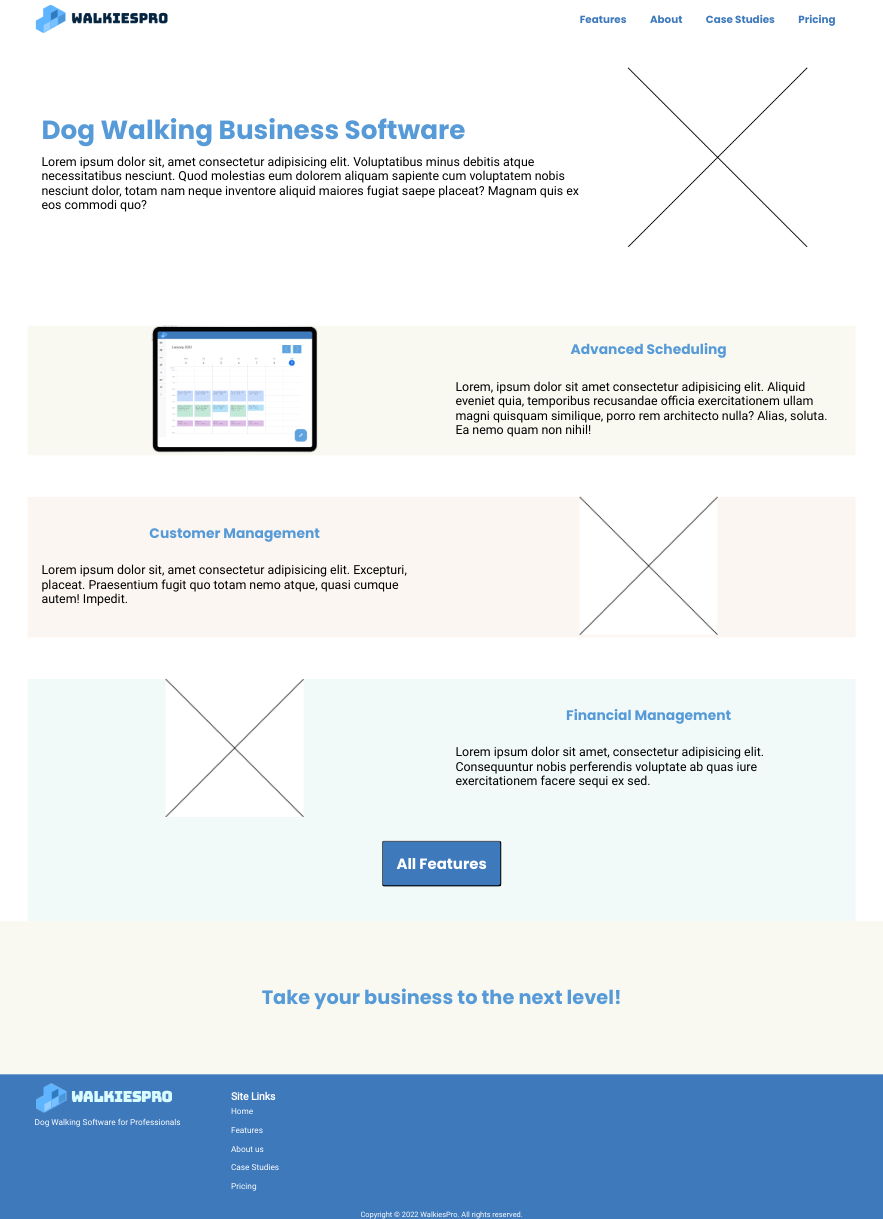
Repository: StevieC87/LAYOUT4
Page: index.html
The author's editor kept a copy of each file at every save. The page is drawn from the files as they stood at one save, then again after the next save.
The browser window is 1280 px wide. The pictures show the whole page, at 69% of full size.

Above is the page before, as saved 2022-01-09 21:45:45.
Console error: TypeError: Cannot read properties of null (reading 'addEventListener')

### index.html
<!DOCTYPE html>
<html lang="en">
  <head>
    <meta charset="UTF-8" />
    <meta http-equiv="X-UA-Compatible" content="IE=edge" />
    <meta name="viewport" content="width=device-width, initial-scale=1.0" />
    <title>WalkiesPro Dog Walking Software</title>
    <link rel="stylesheet" href="css/styles.css" />
    <link rel="stylesheet" href="css/footer.css" />
    <link rel="stylesheet" href="css/homepage.css" />
    <link rel="stylesheet" href="css/navbar.css" />
    <link rel="stylesheet" href="css/fonts.css" />
    <link rel="stylesheet" href="css/utilities.css" />
    <link rel="stylesheet" href="css/mediaqueries.css" />
    <link rel="stylesheet" href="css/aboutus.css" />
    <!-- THIS js file - deferred so loads at the end -->
    <script type="text/javascript" src="js/scripts.js" defer></script>

    <style></style>
  </head>
  <body>


    <div class="containernew">
      <div class="navwrapper">
        <!------------------ NAVBAR --------------------->
        <nav id="navbar" class="paddingspecial">
          <!--  <div class="paddingspecial"> -->
          <div id="logo" class="logodiv">
            <a href="index.html"><img src="images/logo.png" alt="logo" /></a>
          </div>
          <div id="hamburger-menu" class="hamburger-menu">
            <div class="line line-1"></div>
            <div class="line line-2"></div>
            <div class="line line-3"></div>
          </div>
          <div class="navlist">
            <ul tabindex="-1">
              <li><a class="current" href="features.html">Features</a></li>
              <li><a href="about-us.html">About</a></li>
              <li><a href="case-studies.html">Case Studies</a></li>
              <li><a href="pricing.html">Pricing</a></li>
            </ul>
          </div>
          <!-- </div> -->
        </nav>
      </div>
      <!------------------ SECTION1 --------------------->
      <section class="section1wrapper sectionwrapper">
        <div class="section1innerwrapper">
          <div class="section1text centerhorizvert" style="padding-left: 20px">
            <h1 class="fronth1">Dog Walking Business Software</h1>
            <span>
              Lorem ipsum dolor sit, amet consectetur adipisicing elit. Voluptatibus minus debitis atque necessitatibus
              nesciunt. Quod molestias eum dolorem aliquam sapiente cum voluptatem nobis nesciunt dolor, totam nam neque
              inventore aliquid maiores fugiat saepe placeat? Magnam quis ex eos commodi quo?
            </span>
          </div>
        <div class="section1img centerhorizvert">
          <img src="images/3.png" width="260px" alt="" />
        </div>
       </div> <!-- end of section1innerwrapper -->
      </section>
      <!------------------ SECTION2 --------------------->
      <section class="section2wrapper sectionwrapperFW">
        <div class="section2innerwrapper">
          <div class="section2divrow frontfeatures1">
            <div class="centerhorizvert section2imgleft1">
              <img src="images/tablet.png" width="240px" alt="" />
            </div>
            <div class="centerhorizvert section2textright1">
              <h5 class="centertext ">Advanced Scheduling</h5>
              <p class="section2txt">Lorem, ipsum dolor sit amet consectetur adipisicing elit. Aliquid eveniet quia, temporibus recusandae officia exercitationem ullam magni quisquam similique, porro rem architecto nulla? Alias, soluta. Ea nemo quam non nihil! </p>
            </div>
          </div>
          <div class="section2divrow frontfeatures2">
            <div class="centerhorizvert section2textleft2">
              <h5 class="centertext ">Customer Management</h5>
              <p class="section2txt"> Lorem ipsum dolor sit, amet consectetur adipisicing elit. Excepturi, placeat. Praesentium fugit quo totam
              nemo atque, quasi cumque autem! Impedit.</p>
            </div>
            <div class="centerhorizvert section2imgright2"><img src="images/3.png" width="200px" alt="" /></div>
          </div>
          <div class="section2divrow section2imgleft3 frontfeatures3">
            <div class="centerhorizvert"><img src="images/3.png" width="200px" alt="" /></div>
            <div class="centerhorizvert section2textleft3 ">
              <h5 class="centertext ">Financial Management</h5>
              <p class="section2txt"> Lorem ipsum dolor sit amet, consectetur adipisicing elit. Consequuntur nobis perferendis voluptate ab quas
              iure exercitationem facere sequi ex sed.</p>
            </div>
            <div class="allfeatures"><button class="btn  btnfill btnXL">All Features</button></div>
          </div>
         <!-- allfeaturesbtn2 -->
        </div> <!-- end of section2innerwrapper -->

      </section>


      <!------------------ QUOTE SECTION --------------------->
      <section class="quotewrapper sectionwrapperFW">
        <div>
         <h3 class="centertext">Take your business to the next level!</h3>
        </div>
      </section>
      <!------------------ FOOTER --------------------->
      <footer id="footer">
        <div class="footerwrapper">
          <div class="footergriditem1">
            <img class="bottomlogo" src="images/logoblue.png" alt="logo" />
            <span class="whitetext bottomphrase"
              >Dog Walking Software for Professionals</span
            >
          </div>

          <div class="footergriditem2">
            <div><b class="whitetext footerlinkstitle">Site Links</b></div>
            <ul class="whitetext ulnostyle anostyle" style="font-size: 12px">
              <li><a href="../layout/index.html">Home</a> </li>
              <li><a href="/features.html">Features</a> </li>
              <li><a href="/about-us.html">About us</a> </li>
              <li><a href="/case-studies.html">Case Studies</a></li>
              <li><a href="pricing.html">Pricing</a></li>
            </ul>
          </div>
          <div class="footergriditem3 whitetext smallfont">Copyright © 2022 WalkiesPro. All rights reserved.</div>
        </div>

      </footer>
    </div>
    <!-- end container -->

    <!------------------ SIDE MENU --------------------->
    <div id="menuhidden" class="menuhidden hiddenright">
      <div class="slidemenu">
        <ul tabindex="-1" aria-hidden="true">
          <li><a class="activeSidebarLi" href="index.html">Home</a></li>
          <li><a class="current" href="features.html">Features</a></li>
          <li><a href="about-us.html">About</a></li>
          <li><a href="case-studies.html">Case Studies</a></li>
          <li><a href="pricing.html">Pricing</a></li>
          <!--    <hr /> -->
        </ul>
      </div>
    </div>
  </body>
</html>

### css/styles.css
:root {
  /*  --myblue: #5da3df; */
  --myblue: #3e79bc;
  --myblueh1: #569ad7;
}

html,
body {
  box-sizing: border-box;
  font-size: 18px;
  font-family: Roboto;
  /*  font-family: PoppinsLight; */
  /*  line-height: 1rem; */
  margin: auto;
}
.containernew {
  /*  background: linear-gradient(90deg, #e3ffe7 0%, #ecedee 100%); */
  /*   background-color: #f9ffff;
  background: rgb(255, 255, 255);
  background: rgb(255, 255, 255);
  background: linear-gradient(
    360deg,
    rgba(255, 255, 255, 1) 0%,
    rgba(255, 255, 255, 1) 98%,
    rgba(240, 253, 255, 1) 100%,
    rgba(229, 252, 255, 1) 100%,
    rgba(83, 234, 255, 1) 100%
  ); */
}
*,
*:before,
*:after {
  box-sizing: inherit;
}

h1,
h2,
h3,
h4,
h5,
h6 {
  font-family: PoppinsBold;
  color: var(--myblueh1);
  /* #5da3df */
  padding: 10px 0 10px 0;
  margin: 0px;
}
h1 {
  font-size: 38px;
  line-height: 2.8rem;
}
h2 {
  font-size: 38px;
}
h3 {
  font-size: 28px;
}
h4 {
  font-size: 26px;
}
h5 {
  font-size: 20px;
}
h6 {
  font-size: 18px;
}

.containernew {
  width: 100%;
}

### css/footer.css
/* * * * * * * * * * * * * * * * * * * * * * * * * * * * * * * * * * * * * * * *
                    FOOTER
* * * * * * * * * * * * * * * * * * * * * * * * * * * * * * * * * * * * * * * */

footer {
  background-color: var(--myblue);
  width: 100%;
  display: flex;
  justify-content: center;
  padding-top: 10px;
}
/* DEFAULT FOR SMALL SCREEN - MOBILE FIRST */
.footerwrapper {
  /* this is the inner div that serves as a grid with equal columns as container */
  width: 1200px;
  display: grid;
  grid-template-columns: 1fr;
  grid-gap: 0.2rem;
}
/* DEFAULT FOR SMALL SCREEN - MOBILE FIRST */
.footergriditem1 {
  grid-row: 1 / 2;
  /* grid-column: 1 / 2; */
  grid-column: 1 / -1;
}
/* DEFAULT FOR SMALL SCREEN - MOBILE FIRST */
.footergriditem2 {
  /* grid-column: 2 / 3; */
  grid-column: 1 / -1;
  grid-row: 3 / 4;
  padding-left: 10px;
  justify-self: start;
  padding-top: 10px;
  padding-bottom: 10px;

  /*  justify-self: self-end; */
  /* padding: 20px 0 0 40px; */
}
.footergriditem2:first-child {
  margin: 10px 0 10px 0;
}
.footergriditem3 {
  grid-row: 4 / 5;
  grid-column: 1 / -1;
  justify-self: center;
  align-self: center;
}
.bottomlogo {
  padding: 0px 0 0px 10px;
}
.bottomphrase {
  padding-left: 10px;
  display: block;
  text-align: left;
  font-size: 12px;
}
.footerlinkstitle {
  font-size: 15px;
}

@media (min-width: 336px) {
}
@media (min-width: 450px) {
  .footerwrapper {
    grid-template-columns: 226px 200px 1fr 0.2fr 0.2fr 0.2fr;
  }
  .footergriditem1 {
    grid-row: 1 / 2;
    grid-column: 1 / 2;
  }
  .footergriditem2 {
    grid-row: 1 / 2;
    grid-column: 2 / 3;
    padding-left: 0px;
    justify-self: center;
    padding-top: 10px;
    padding-bottom: 10px;
  }
}

### css/homepage.css
/* * * * * * * * * * * * * * * * * * * * * * * * * * * * * * * * * * * * * * * *
                  SECTION1
* * * * * * * * * * * * * * * * * * * * * * * * * * * * * * * * * * * * * * * */
.sectionwrapperFW {
  padding: 40px 0px 0px 0px;
}
.section1wrapper {
  width: 100%;
  background-color: FFF;
  display: flex;
  justify-content: center;
  /*  */
}
.section1innerwrapper {
  max-width: 1200px;
  display: grid;
  grid-column: 1 / -1;
}

/* * * * * * * * * * * * * * * * * * * * * * * * * * * * * * * * * * * * * * * *
                      SECTION2
  * * * * * * * * * * * * * * * * * * * * * * * * * * * * * * * * * * * * * * * */

.section2divrow {
  display: grid;
  grid-column: 1 / -1;
  /*  grid-template-columns: 1fr 1fr; */
}
.section2wrapper {
  width: 100%;
  display: flex;
  justify-content: center;
}
.section2innerwrapper {
  max-width: 1200px;
}
.frontfeatures1 {
  background-color: #f9f9f2;
  margin-bottom: 60px;
  margin-top: 30px;
}
.frontfeatures2 {
  background-color: #fcf6f2;
  margin-bottom: 60px;
}
.frontfeatures3 {
  background-color: #f1faf9;
  /*   margin-bottom: 10px; */
  padding-bottom: 50px;
}

.section2txt {
  padding: 0 20px 0 20px;
}
/* ---------------------- */
.allfeatures {
  text-align: Center;
  padding-top: 30px;
  grid-column: 1 / -1;
}
.quotesection {
  background-color: FFF;
  grid-area: quotesection;
  display: grid;
  grid-column: 1 / -1;
}

### css/navbar.css
/* * * * * * * * * * * * * * * * * * * * * * * * * * * * * * * * * * * * * * * *
                          NAVBAR
* * * * * * * * * * * * * * * * * * * * * * * * * * * * * * * * * * * * * * * */
.navwrapper {
  display: flex;
  justify-content: center;
}
nav {
  background-color: white;
  width: 1200px;
  display: flex;
  justify-content: space-between;
}

.logodiv {
  padding-top: 5px;
  padding-left: 10px;
}
#navbar ul {
  list-style: none;
  margin-right: 15px;
  /*   float: right; */
}

#navbar ul li {
  float: left;
}

#navbar ul li a {
  display: block;
  margin: 0 14px 0 20px;
  /* padding: 0 20px 0 10px; */
  text-align: center;
  text-decoration: none;
  color: var(--myblue);
  /*  color: black; */
  font-family: 'PoppinsBold';
  font-size: 15px;
  /*  border-bottom: 1px solid transparent; */

  line-height: 21px;
}
#navbar ul li a:hover {
  /*  text-decoration: underline; */
  /*  border-bottom: 1px solid var(--myblue); */
  color: #9370db;
}

/* * * * * * * * * * * * * * * * * * * * * * * * * * * * * * * * * * * * * * * *
HAMBURGER MENU
* * * * * * * * * * * * * * * * * * * * * * * * * * * * * * * * * * * * * * * */

.hamburger-menu {
  width: 30px;
  height: 30px;
  padding-top: 7px;
  position: absolute;
  top: 7px;
  right: 10px;
  display: flex;
  flex-direction: column;
  justify-content: space-between;
  cursor: pointer;
  z-index: 100;
}

.line {
  width: inherit;
  height: 3px;
  background-color: var(--myblue);
  border-radius: 2px;
  transition-property: transform;
  transition-duration: 500ms;

  /*   transform-origin: right;
  transition: transform 0.5s; */
}

.line.openline:nth-child(1) {
  transform: translate(0px, 10px) rotate(45deg);
  /*  transform-origin: top; */
}
.line.openline:nth-child(2) {
  opacity: 0;
}
.line.openline:nth-child(3) {
  transform: translate(0px, -10px) rotate(-45deg);

  /*   transform-origin: top; */
}

.menuhidden {
  height: 100vh;
  width: 200px;
  background-color: white;
  position: fixed;
  top: 0;
  right: -200px;
  transition: ease 0.2s;
}

.visibleright {
  right: 0px;
  /*   transition: ease 4s; */
}
/* --------- SLIDEMENU ---------- */
.slidemenu ul {
  list-style: none;
  padding-top: 45px;
  padding-left: 0px;
  width: 100%;
  /*   float: right; */
}
.slidemenu ul li {
}
.slidemenu ul li a {
  display: block;
  padding: 10px 5px 10px 5px;
  margin: 0px 5px 0px 5px;
  text-align: center;
  text-decoration: none;
  line-height: 1.5rem;
  color: var(--myblue);
}
.slidemenu ul li a:hover {
  background-color: #fbfbfa;
  border-radius: 15px;
  /* opacity: 0.5; */
}
.activeSidebarLi {
  background-color: #fbfbfa;
  border-radius: 15px;
}
/* END SLIDEMENU */

### css/fonts.css
/* * * * * * * * * * * * * * * * * * * * * * * * * * * * * * * * * * * * * * * *
        FONT FAMILIESS
* * * * * * * * * * * * * * * * * * * * * * * * * * * * * * * * * * * * * * * */
@font-face {
  font-family: 'Bungee';
  src: url('../fonts/Bungee-Regular.ttf');
  src: local('☺'), url('../fonts/Bungee-Regular.ttf') format('truetype');
  font-display: block;
}
@font-face {
  font-family: 'Roboto';
  src: url('../fonts/Roboto-Regular.ttf');
  src: local('☺'), url('../fonts/Roboto-Regular.ttf') format('truetype');
  font-display: block;
}
@font-face {
  font-family: 'Roboto-Bold';
  src: url('../fonts/Roboto-Bold.ttf');
  src: local('☺'), url('../fonts/Roboto-Bold.ttf') format('truetype');
  font-display: block;
}
@font-face {
  font-family: 'Ubuntu';
  src: url('../fonts/Ubuntu-Regular.ttf');
  src: local('☺'), url('../fonts/Ubuntu-Regular.ttf') format('truetype');
  font-display: block;
}
@font-face {
  font-family: 'UbuntuBold';
  src: url('../fonts/Ubuntu-Bold.ttf');
  src: local('☺'), url('../fonts/Ubuntu-Bold.ttf') format('truetype');
  font-display: block;
}
@font-face {
  font-family: 'Poppins';
  src: url('../fonts/Poppins-Regular.ttf');
  src: local('☺'), url('../fonts/Poppins-Regular.ttf') format('truetype');
  font-display: block;
}
@font-face {
  font-family: 'PoppinsBold';
  src: url('../fonts/Poppins-Bold.ttf');
  src: local('☺'), url('../fonts/Poppins-Bold.ttf') format('truetype');
  font-display: block;
}
@font-face {
  font-family: 'PoppinsLight';
  src: url('../fonts/Poppins-Light.ttf');
  src: local('☺'), url('../fonts/Poppins-Light.ttf') format('truetype');
  font-display: block;
}
@font-face {
  font-family: 'PoppinsBlack';
  src: url('../fonts/Poppins-Black.ttf');
  src: local('☺'), url('../fonts/Poppins-Black.ttf') format('truetype');
  font-display: block;
}
@font-face {
  font-family: 'PoppinsMedium';
  src: url('../fonts/Poppins-Medium.ttf');
  src: local('☺'), url('../fonts/Poppins-Medium.ttf') format('truetype');
  font-display: block;
}
@font-face {
  font-family: 'PoppinsExtraLight';
  src: url('../fonts/Poppins-ExtraLight.ttf');
  src: local('☺'), url('../fonts/Poppins-ExtraLight.ttf') format('truetype');
  font-display: block;
}

@font-face {
  font-family: 'FontAwesome';
  src: url('../fonts/fa-solid-900.ttf');
  src: local('☺'), url('../fonts/fa-solid-900.ttf') format('truetype');
  font-display: block;
}
.bungee {
  font-family: Bungee;
}
.ubuntu {
  font-family: Ubuntu;
}
.ubuntuBold {
  font-family: UbuntuBold;
}
.poppins {
  font-family: Poppins;
}
.poppinslight {
  font-family: PoppinsLight;
}
.poppinsbold {
  font-family: PoppinsBold;
}

### css/utilities.css
.btn {
  cursor: pointer;
  transition-property: background-color, color, border;
  transition-duration: 200ms;
  transition-timing-function: ease-in;
}

.btnoutline {
  background-color: transparent;
  border: 1px solid var(--myblue);
  border-radius: 5px;
  color: var(--myblue);
  padding: 10px;
  font-size: 0.8rem;
  /*  font-weight: bold */
  font-family: PoppinsBold;
}
.btnfill {
  background-color: var(--myblue);
  /* border: 1px solid ; */
  border-radius: 5px;
  color: white;
  /*  color: var(--myblue); */
  font-family: PoppinsBold;
}
.btnMedium {
  padding: 10px;
  font-size: 0.8rem;
}
.btnXL {
  padding: 15px 20px 15px 20px;
  font-size: 1.2rem;
}

.allfeaturesbtn {
  padding: 15px 20px 15px 20px;
  border-radius: 10px;
  border: 1px solid var(--myblue);
  /*   background-color: var(--myblue); */
  background-color: WHITE;
  /* color: white; */
  color: var(--myblue);
  font-weight: bold;
  font-size: 1.2rem;
}
.allfeaturesbtn:hover {
  background-color: var(--myblue);
  color: white;
}
.submit {
  /*  margin-top: 20px; */
  padding: 8px 6px 8px 6px;
  border-radius: 6px;
  width: 100px;
  background-color: var(--myblue);
  border: 1px solid var(--myblue);
  color: #f9f9f2;
  font-size: 1.2rem;
  font-family: PoppinsBold;
  /*  font-weight: bold; */
}
.submit:active {
  transform: translateY(1px);
  /*  background-color: #821a4e; */
}

.submit:hover {
  background-color: var(--myblue);
  color: white;
}

.sectionwrapper {
  padding: 40px 20px 40px 20px;
}

/* section {
  padding: 40px 10px 40px 10px !important;
  /*  margin: 20px 10px 20px 10px;
} */

/* * * * * * * * * * * * * * * * * * * * * * * * * * * * * * * * * * * * * * * *
UTILITY CLASSES
* * * * * * * * * * * * * * * * * * * * * * * * * * * * * * * * * * * * * * * */

.centertext {
  text-align: center;
}
.centerimg {
  display: block;
  margin-left: auto;
  margin-right: auto;
  /*   width: 50%; */
}
.centerhorizvert {
  align-self: center;
  justify-self: center;
}
/* visible/invis from screen readers & visually */
.invisible {
  visibility: hidden;
}
.visible {
  visibility: visible;
}
.whitetext {
  color: white;
}
.smallfont {
  font-size: 0.6rem;
}
.mediumfont {
  font-size: 0.8rem;
}
.ulnostyle {
  list-style: none;
  line-height: 1.5rem;
  padding: 0;
  margin: 0;
}
.anostyle > li a {
  text-decoration: none;
  color: white;
}

### css/mediaqueries.css
/* to switch to hamburger menu */
@media (min-width: 677px) {
  .hamburger-menu {
    visibility: hidden;
  }
  .section2divrow {
    grid-template-columns: 1fr 1fr;
  }
  .section1innerwrapper {
    grid-template-columns: 2fr 1fr;
  }
}
@media (max-width: 676px) {
  /* HIDE NAV LI WHEN SMALL SCREEN */
  nav {
    width: 1200px;
  }

  .navlist {
    visibility: hidden;
    display: none;
  }
  .hamburger-menu {
    visibility: visible;
  }

  /* ADVANCED SCHEDULING DIV - flip order: image last */
  .section2imgleft1 {
    grid-row: 2;
  }
  .section2textright1 {
    grid-row: 1;
  }
  /* FINANCIAL MANAGEMENT DIV - flip order: image last */
  .section2imgleft3 {
    grid-row: 2;
  }
  .section2textleft3 {
    grid-row: 1;
  }
}

### css/aboutus.css
/* * * * * * * * * * * * * * * * * * * * * * * * * * * * * * * * * * * * * * * *
ABOUT US
* * * * * * * * * * * * * * * * * * * * * * * * * * * * * * * * * * * * * * * */
.headerwrapper {
  width: 100%;
  display: grid;
  padding: 40px 0 40px 0;
}
.headertitle {
  grid-template-columns: 1fr;
  align-self: center;
  justify-self: center;
}

.headertextunder {
  /* max-width: 80%;  */
  max-width: 800px;
  grid-template-columns: 1fr;
  align-self: center;
  justify-self: center;
  font-size: 1rem;
  padding-top: 30px;
}
.meettheteamwrapper {
  width: 100%;
  display: grid;
  justify-content: center;
  background-color: #f6f7fe;
  /*   padding-bottom: 50px; */
}
.meettheteamh2 {
  /* padding-top: 40px; */
  text-align: center;
  /*  color: purple; */
  color: var(--myblueh1);
  /* color: #7f55ff; */
  width: 100%;
}
.meettheteamh2 > h2 {
  color: inherit;
}
.meetteamprofiles {
  max-width: 1000px;
  justify-content: center;
  display: grid;
  grid-template-columns: 1fr;
  grid-gap: 10px;
}
.contactuswrapper {
  padding: 80px 0 80px 0;
  background-color: #f9f9f2;
}

.quotewrapper {
  padding: 80px 0 80px 0;
  background-color: #f9f9f2;
}

.aboutusformgrid {
  max-width: 600px;
  margin: 0 auto;
  padding: 0 20px 0px 20px;
  border: 1px solid blue;
}
.aboutusformgrid2 {
  max-width: 800px;
  margin: 0 auto;
  padding: 0 20px 0px 20px;
  /* border: 1px solid blue; */
  display: grid;
  grid-template-columns: 1fr;
  grid-gap: 20px;
}
.yournamediv {
  grid-row: 1 / 2;
  grid-column: 1/-1;
}
.emaildiv {
  grid-row: 2 / 3;
  grid-column: 1/-1;
}
.textareadiv2 {
  grid-row: 3 / 4;
  grid-column: 1/-1;
}
.buttondiv {
  grid-row: 5 / 6;
  grid-column: 1/-1;
  width: 102px;
  justify-self: end;
}
/* textarea {
  width: 100%;
  max-width: 300px;
  border-radius: 5px;
  border: 1px solid var(--myblue);
} */
.textareadiv2 > textarea {
  width: 100%;
  /*  max-width: 300px; */
  border-radius: 5px;
  border: 1px solid var(--myblue);
}

.centerbtngrid {
  grid-column: 1/-1;
  justify-self: end;
}
input,
label {
  display: block;
  width: 100%;
  /*   max-width: 300px; */
}
input {
  border-radius: 5px;
  border: 1px solid var(--myblue);
  padding: 10px;
}
/* e.maildiv > input {
  margin-lkef: 40px;
} */
/* .yournamediv > input:nth-child(2) {
  margin-left: 10px;
} */
label {
  padding-bottom: 5px;
  padding-top: 0px;
  color: var(--myblue);
}

@media (max-width: 600px) {
  .aboutusformgrid2 {
    max-width: 400px;
  }
}
@media (min-width: 600px) {
  .aboutusformgrid2 {
    grid-template-columns: 1fr 1fr;
  }
  .yournamediv {
    grid-row: 1 / 2;
    grid-column: 1 / 2;
  }
  .emaildiv {
    grid-row: 1 / 2;
    grid-column: 2/3;
  }
  .textareadiv2 {
    grid-row: 2 / 3;
    grid-column: 1/-1;
  }
  .buttondiv {
    grid-row: 3 / 4;
    /*  grid-column: 1/-1; */
  }
}
@media (min-width: 850px) {
  .meetteamprofiles {
    grid-template-columns: 1fr 1fr;
    grid-gap: 40px;
  }
  .meettheteamprofile {
    justify-self: center;
    align-self: center;
  }
}
.meettheteamprofile {
  justify-self: center;
  align-self: center;
  display: grid;
  grid-template-columns: 1fr;
  justify-content: center;
  width: 100%;
}

.meetTeamTrofileTitle {
  grid-row: 1 / 2;
}
.meetTeamTrofileTitle > h3 {
  font-family: Roboto;
}
.imageprofile {
  grid-row: 2 / 4;
}
.profiletext {
  grid-row: 5 / 7;
  max-width: 500px;
}

Loaded but not shown: js/scripts.js (43 lines, source omitted)

After the next save:
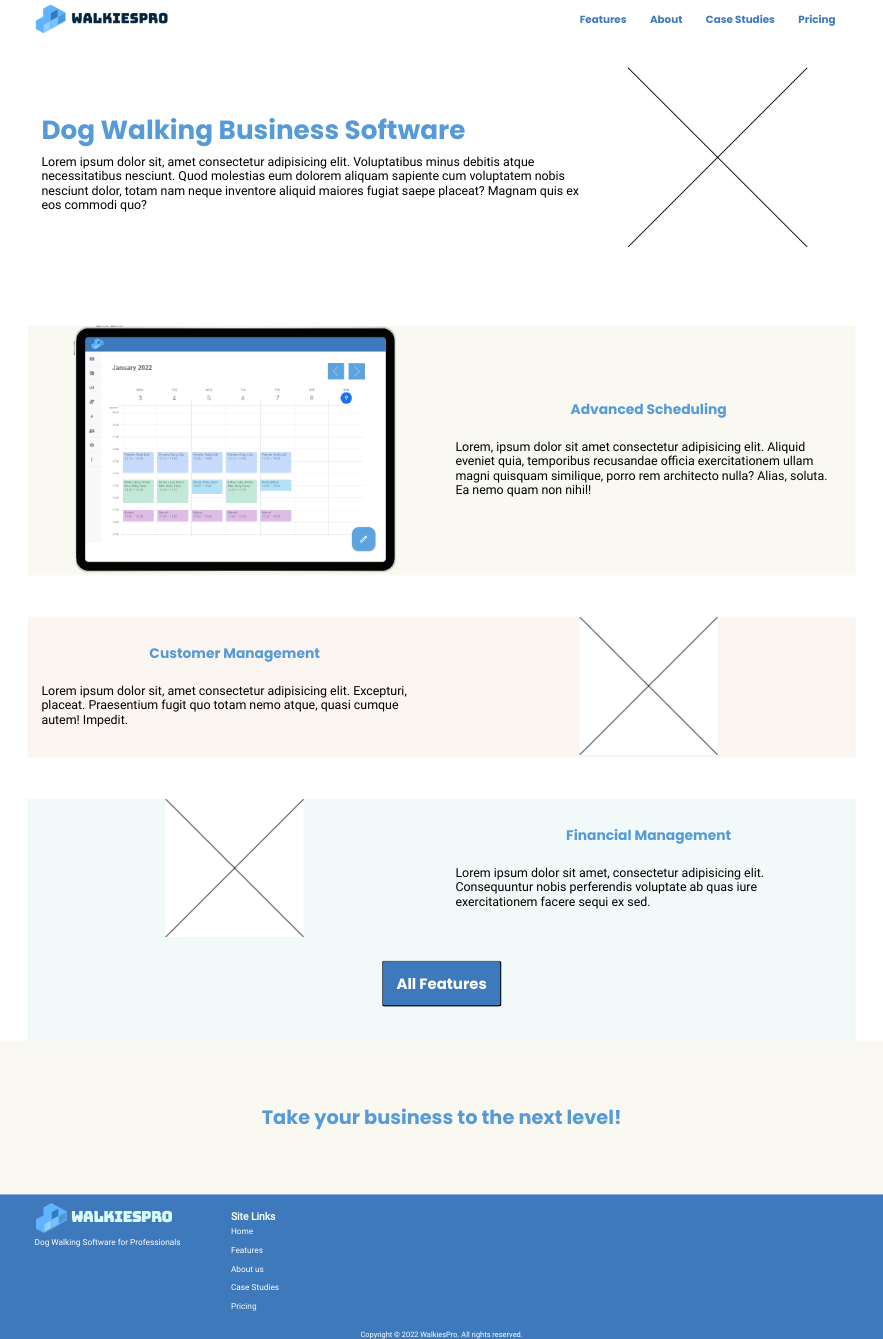
Saved 8 s later.
--- a/index.html
+++ b/index.html
@@ -66,8 +66,8 @@
         <div class="section2innerwrapper">
           <div class="section2divrow frontfeatures1">
             <div class="centerhorizvert section2imgleft1">
-              <img src="images/tablet.png" width="240px" alt="" />
-            </div>
+              <img src="images/tablet.png" alt="" />
+            </div><!-- width="240px"  -->
             <div class="centerhorizvert section2textright1">
               <h5 class="centertext ">Advanced Scheduling</h5>
               <p class="section2txt">Lorem, ipsum dolor sit amet consectetur adipisicing elit. Aliquid eveniet quia, temporibus recusandae officia exercitationem ullam magni quisquam similique, porro rem architecto nulla? Alias, soluta. Ea nemo quam non nihil! </p>
